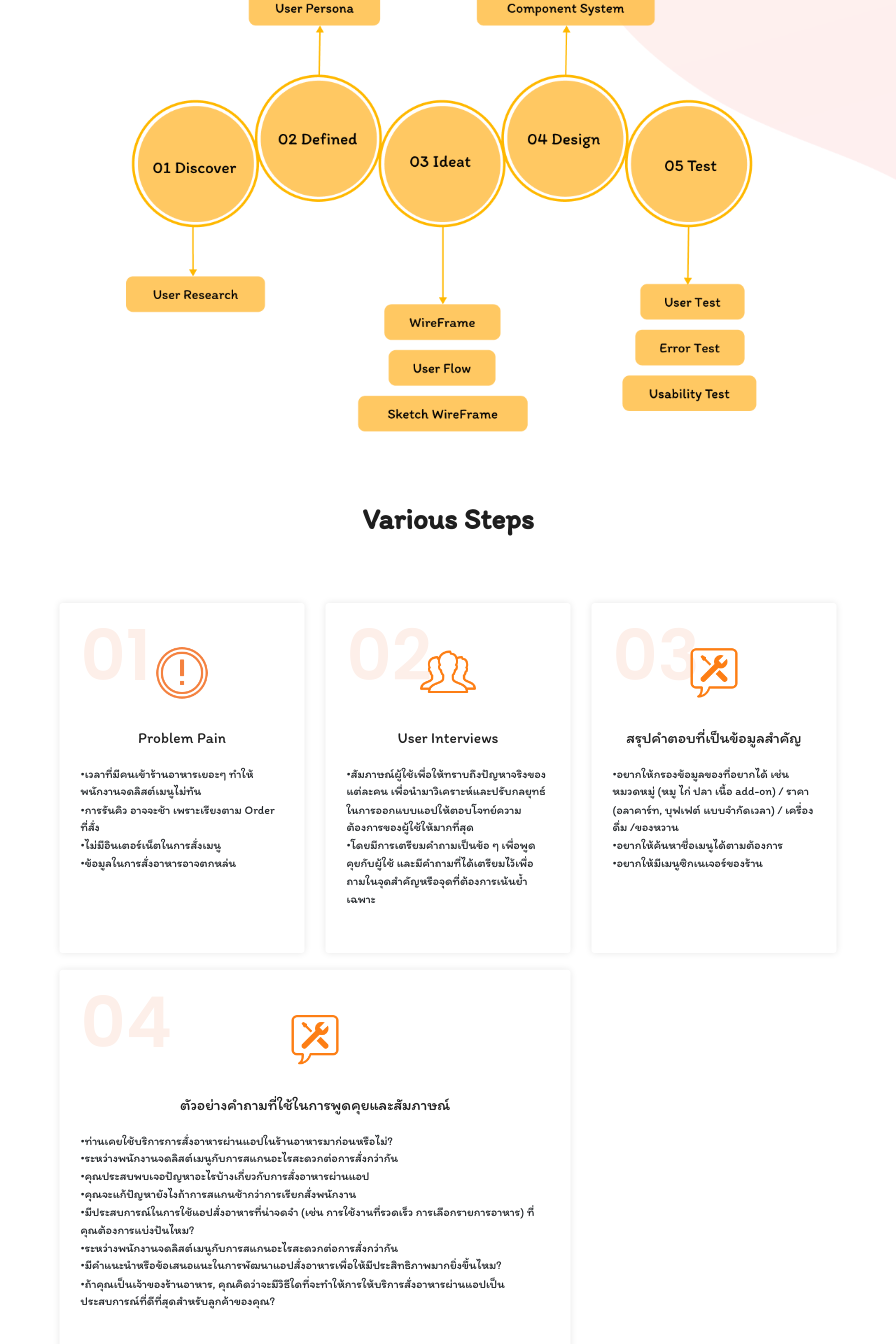
Repository: NicePS2546/Project-OSN
Page: index.html
The author's editor kept a copy of each file at every save. The page is drawn from the files as they stood at one save, then again after the next save.
The browser window is 1280 px wide. The pictures show the part of the page from y = 3715 to 5635 px (the page is 6759 px tall), at 70% of full size.
Some web fonts or font styles are not loaded; a fallback is used.

Above is the page before, as saved 2024-03-25 16:26:39.

### index.html
<!DOCTYPE html>
<html lang="en">
  <head>
    <meta charset="UTF-8" />
    <meta name="viewport" content="width=device-width, initial-scale=1.0" />
    <title>OSN Original App</title>
    <link
      href="https://cdn.jsdelivr.net/npm/bootstrap@5.3.3/dist/css/bootstrap.min.css"
      rel="stylesheet"
      integrity="sha384-QWTKZyjpPEjISv5WaRU9OFeRpok6YctnYmDr5pNlyT2bRjXh0JMhjY6hW+ALEwIH"
      crossorigin="anonymous"
    />
    <link
      rel="stylesheet"
      href="https://cdnjs.cloudflare.com/ajax/libs/font-awesome/6.5.1/css/all.min.css"
    />
    <script
      src="https://cdn.jsdelivr.net/npm/bootstrap@5.3.3/dist/js/bootstrap.bundle.min.js"
      integrity="sha384-YvpcrYf0tY3lHB60NNkmXc5s9fDVZLESaAA55NDzOxhy9GkcIdslK1eN7N6jIeHz"
      crossorigin="anonymous"
    ></script>

    <link
      rel="stylesheet"
      type="text/css"
      href="assets/css/bootstrap.min.css"
    />

    <link rel="stylesheet" type="text/css" href="assets/css/font-awesome.css" />
    <link rel="stylesheet" href="assets/css/custom.css" />


  </head>
  <body>
    <!-- Loading Page -->
    <div id="loading">
      <div class="jumper">
        <div></div>
        <div></div>
        <div></div>
      </div>
    </div>

    <!-- Loading Page -->

    <header class="header-area header-sticky">
      <div class="container">
        <div class="row">
          <div class="col-12">
            <nav class="main-nav">
              <a class="logo" href="#"> OSN Original </a>
              <ul class="nav">
                <li class="scroll-to-section">
                  <a href="#welcome" class="menu-item">Home</a>
                </li>
                <li class="scroll-to-section">
                  <a href="#about" class="menu-item">Detail Work</a>
                </li>
                <li class="scroll-to-section">
                  <a class="menu-item" href="#various-steps">Various Steps</a>
                </li>
                <li class="scroll-to-section">
                  <a class="menu-item" href="#design-process">Design Process</a>
                </li>
                <li class="scroll-to-section">
                  <a class="menu-item" href="#team">Our Team</a>
                </li>
              </ul>
              <a class="menu-trigger">
                <span>Menu</span>
              </a>
            </nav>
          </div>
        </div>
      </div>
    </header>

    <div id="welcome" class="hero-area">
      <div class="header-text">
        <div class="container">
          <div class="row">
            <div
              class="left-text col-lg-6 col-md-12 col-sm-12 col-xs-12"
              data-scroll-reveal="enter left move 30px over 0.6s after 0.4s"
            >
              <h1>
                Simple Buffet app <br />
                <em>osi original</em>
              </h1>
              <p>
                แอปพลิเคชั่นสำหรับสั่งอาหาร ไม่ว่าจะเป็นบุฟเฟ่ต์หมูกระทะ
                หรือจะเป็น อะลาคาร์ท สั่งได้ในหน้าจอของคุณเลยตอนนี้
                ประสบการณ์ของคุณคือหน้าที่ของเรา
                เราจะทำให้มั่นใจว่าทุกช่วงเวลาของคุณที่นี่จะต้องดีที่สุด
                แอปพลิเคชั่นสร้างโดย OSI Team
              </p>
              <a href="#team" class="main-button-slider">OSI TEAM</a>
            </div>
          </div>
        </div>
      </div>
    </div>

    <!-- detail work -->
    <section class="section" id="about">
      <div class="container">
        <div class="row">
          <div
            class="col-lg-4 col-md-6 col-sm-12 col-xs-12"
            data-scroll-reveal="enter left move 30px over 0.6s after 0.4s"
          >
            <div class="detail-box box-1">
              <div class="box-icon">
                <h2>01</h2>
                <img src="assets/image/icons8-time-80.png" alt="" />
                <h4>ระยะเวลาทำงาน</h4>
                <p>16 กุมภาพันธ์ 2567 – 31 มีนาคม 2567</p>
                <a href="#" class="main-button"> Read More </a>
              </div>
            </div>
          </div>
          <div
            class="col-lg-4 col-md-6 col-sm-12 col-xs-12"
            data-scroll-reveal="enter bottom move 30px over 0.6s after 0.4s"
          >
            <div class="detail-box box-2">
              <div class="features-icon">
                <h2>02</h2>
                <img
                  src="assets/image/icons8-team-100.png"
                  width="80px"
                  height="80px"
                />
                <h4>ประเภทงาน</h4>
                <p>งานกลุ่ม 3 คน</p>
                <a href="#team" class="main-button"> Discover More </a>
              </div>
            </div>
          </div>
          <div
            class="col-lg-4 col-md-6 col-sm-12 col-xs-12"
            data-scroll-reveal="enter right move 30px over 0.6s after 0.4s"
          >
            <div class="detail-box box-3">
              <div class="features-icon">
                <h2>03</h2>
                <img
                  src="assets/image/icons8-utilities-100.png"
                  width="80px"
                  height="80px"
                  alt=""
                />
                <h4>เครื่องมือที่ใช้</h4>
                <p>Figma HTML CSS JS</p>
                <a href="#testimonials" class="main-button"> More Detail </a>
              </div>
            </div>
          </div>
        </div>
      </div>
    </section>
    <!--End Detail work-->
    <div class="left-image-decor"></div>
    <!--TEAM-->
    <section class="section" id="team">
      <div class="container">
        <div class="row">
          <div
            class="left-image col-lg-5 col-md-12 col-sm-12 mobile-bottom-fix-big"
            data-scroll-reveal="enter left move 30px over 0.6s after 0.4s"
          >
            <img
              src="assets/image/left-image.png"
              class="rounded img-fluid d-block mx-auto"
              alt="App"
            />
          </div>
          <div
            class="right-text offset-lg-1 col-lg-6 col-md-12 col-sm-12 mobile-bottom-fix"
          >
            <ul class="team-list">
              <li
                class="box-team"
                data-scroll-reveal="enter right move 30px over 0.6s after 0.4s"
              >
                <img src="assets/image/Evil_nice.jpg" class="profile-img" width="110px" height="110px" alt="" />
                <div class="text">
                  <h4>Pasit Bungoed</h4>
                  <p>Figma Designer,Prototype Editor, Website creator</p>
                  <div class="list-social">
                    <a><i class="fa fa-facebook" aria-hidden="true"></i></a>
                    <a><i class="fa fa-twitter" aria-hidden="true"></i></a>
                    <a><i class="fa fa-linkedin" aria-hidden="true"></i></a>
                    <a><i class="fa fa-instagram" aria-hidden="true"></i></a>
                    <a><i class="fa fa-youtube-play" aria-hidden="true"></i></a>
                  </div>
                </div>
              </li>

              <li
                class="box-team"
                data-scroll-reveal="enter right move 30px over 0.6s after 0.5s"
              >
                <img src="assets/image/sim.jpg " class="profile-img" width="110px" height="110px" alt="" />
                <div class="text">
                  <h4>Nattawat Subsomboon</h4>
                  <p>Figma Design Co-Pilot,Prototype Editor</p>
                  <div class="list-social">
                    <a><i class="fa fa-facebook" aria-hidden="true"></i></a>
                    <a><i class="fa fa-twitter" aria-hidden="true"></i></a>
                    <a><i class="fa fa-linkedin" aria-hidden="true"></i></a>
                    <a><i class="fa fa-instagram" aria-hidden="true"></i></a>
                    <a><i class="fa fa-youtube-play" aria-hidden="true"></i></a>
                  </div>
                </div>
              </li>

              <li
                class="box-team"
                data-scroll-reveal="enter right move 30px over 0.6s after 0.6s"
              >
                <img src="assets/image/oat.jpg" class="profile-img" width="110px" height="110px" alt="" />
                <div class="text">
                  <h4>Pongphat Sangsawang</h4>
                  <p>Figma Design Co-Pilot</p>
                  <div class="list-social">
                    <a><i class="fa fa-facebook" aria-hidden="true"></i></a>
                    <a><i class="fa fa-twitter" aria-hidden="true"></i></a>
                    <a><i class="fa fa-linkedin" aria-hidden="true"></i></a>
                    <a><i class="fa fa-instagram" aria-hidden="true"></i></a>
                    <a><i class="fa fa-youtube-play" aria-hidden="true"></i></a>
                  </div>
                </div>
              </li>
            </ul>
          </div>

          <h1 class="header-prototype">Prototype App</h1>
          <iframe
            data-scroll-reveal="enter fade 0.6s after 0.4s"
            style="border: 1px solid rgba(0, 0, 0, 0.1)"
            width="500px"
            height="1000px"
            src="https://www.figma.com/embed?embed_host=share&url=https%3A%2F%2Fwww.figma.com%2Fproto%2FtxMAS8ibAktKTE6PIgdeX5%2FProject%3Ftype%3Ddesign%26node-id%3D65-18147%26t%3D9C3Eo7JHRzGhpGCB-1%26scaling%3Dscale-down%26page-id%3D62%253A218%26starting-point-node-id%3D65%253A18147%26show-proto-sidebar%3D1%26mode%3Ddesign"
            allowfullscreen
          ></iframe>
        </div>
      </div>
    </section>
    <!--end TEAM-->
    <div class="right-image-decor"></div>
    <!--Design Process-->
    <section class="section" id="design-process">
      <div class="container">
        <div class="row">
          <div class="col-lg-8 offset-lg-2">
            <div class="center-heading">
              <h2>Design Process</h2>
            </div>
          </div>
          <div
            data-scroll-reveal="enter left move 330px over 0.6s after 0.4s"
            class="col-lg-10 chart-container col-md-12 col-sm-12 mobile-bottom-fix-big"
          >
            <img class="" src="assets/image/Chart.png" />
          </div>
        </div>
      </div>
    </section>

    <!--End Design Process-->
<!--Various Step-->
    <section class="section" id="various-steps">
      <div class="container">
        <div class="row">
          <div class="center-heading"><h2 class="">Various Steps</h2></div>

          <div
            class="col-lg-4 col-md-6 col-sm-12 col-xs-12"
            data-scroll-reveal="enter left move 30px over 0.6s after 0.4s"
          >
            <div class="detail-box box-fixed-1 box-1">
              <div class="box-icon">
                <h2>01</h2>
                <img src="assets/image/icons8-high-importance-100.png" width="80px" height="80px" alt="" />
                <h4>Problem Pain</h4>
                <ul class="list-alignment">
                  <li>
                    •เวลาที่มีคนเข้าร้านอาหารเยอะๆ ทำให้พนักงานจดลิสต์เมนูไม่ทัน
                  </li>
                  <li>•การรันคิว อาจจะช้า เพราะเรียงตาม Order ที่สั่ง</li>
                  <li>•ไม่มีอินเตอร์เน็ตในการสั่งเมนู</li>
                  <li>•ข้อมูลในการสั่งอาหารอาจตกหล่น</li>
                </ul>
              </div>
            </div>
          </div>
          <div
            class="col-lg-4 col-md-6 col-sm-12 col-xs-12"
            data-scroll-reveal="enter bottom move 30px over 0.6s after 0.4s"
          >
            <div class="detail-box box-fixed-2 box-2">
              <div class="features-icon">
                <h2>02</h2>
                <img
                  src="assets/image/icons8-team-100.png"
                  width="80px"
                  height="80px"
                />
                <h4>User Interviews</h4>
                <ul class="list-alignment">
                  <li>
                    •สัมภาษณ์ผู้ใช้เพื่อให้ทราบถึงปัญหาจริงของแต่ละคน
                    เพื่อนำมาวิเคราะห์และปรับกลยุทธ์ในการออกแบบแอปให้ตอบโจทย์ความต้องการของผู้ใช้ให้มากที่สุด
                  </li>
                  <li>
                    •โดยมีการเตรียมคำถามเป็นข้อ ๆ เพื่อพูดคุยกับผู้ใช้
                    และมีคำถามที่ได้เตรียมไว้เพื่อถามในจุดสำคัญหรือจุดที่ต้องการเน้นย้ำเฉพาะ
                  </li>
                </ul>
              </div>
            </div>
          </div>
          <div
            class="col-lg-4 m-responsive col-md-6 col-sm-12 col-xs-12"
            data-scroll-reveal="enter right move 30px over 0.6s after 0.4s"
          >
            <div class="detail-box box-fixed-3 box-3">
              <div class="features-icon">
                <h2>03</h2>
                <img
                  src="assets/image/icons8-utilities-100.png"
                  width="80px"
                  height="80px"
                  alt=""
                />
                <h4>สรุปคำตอบที่เป็นข้อมูลสำคัญ</h4>
                <ul class="list-alignment">
                  <li>
                    •อยากให้กรองข้อมูลของที่อยากได้ เช่น หมวดหมู่ (หมู ไก่ ปลา
                    เนื้อ add-on) / ราคา (อลาคาร์ท, บุฟเฟต์ แบบจำกัดเวลา) /
                    เครื่องดื่ม /ของหวาน
                  </li>
                  <li>•อยากให้ค้นหาชื่อเมนูได้ตามต้องการ</li>
                  <li>•อยากให้มีเมนูซิกเนเจอร์ของร้าน</li>
                </ul>
              </div>
            </div>
          </div>
          <div
            class="col-lg-4 mt-4 col-md-6 col-sm-12 col-xs-12"
            data-scroll-reveal="enter right move 30px over 0.6s after 0.4s"
          >
            <div class="detail-box box-fixed-4 box-4">
              <div class="features-icon">
                <h2>04</h2>
                <img
                  src="assets/image/icons8-utilities-100.png"
                  width="80px"
                  height="80px"
                  alt=""
                />
                <h4>ตัวอย่างคำถามที่ใช้ในการพูดคุยและสัมภาษณ์</h4>
                <ul class="list-alignment">
                  <li>
                    •ท่านเคยใช้บริการการสั่งอาหารผ่านแอปในร้านอาหารมาก่อนหรือไม่?
                  </li>
                  <li>
                    •ระหว่างพนักงานจดลิสต์เมนูกับการสแกนอะไรสะดวกต่อการสั่งกว่ากัน
                  </li>
                  <li>
                    •คุณประสบพบเจอปัญหาอะไรบ้างเกี่ยวกับการสั่งอาหารผ่านแอป
                  </li>
                  <li>
                    •คุณจะแก้ปัญหายังไงถ้าการสแกนช้ากว่าการเรียกสั่งพนักงาน
                  </li>
                  <li>
                    •มีประสบการณ์ในการใช้แอปสั่งอาหารที่น่าจดจำ (เช่น
                    การใช้งานที่รวดเร็ว การเลือกรายการอาหาร)
                    ที่คุณต้องการแบ่งปันไหม?
                  </li>
                  <li>
                    •ระหว่างพนักงานจดลิสต์เมนูกับการสแกนอะไรสะดวกต่อการสั่งกว่ากัน
                  </li>
                  <li>
                    •มีคำแนะนำหรือข้อเสนอแนะในการพัฒนาแอปสั่งอาหารเพื่อให้มีประสิทธิภาพมากยิ่งขึ้นไหม?
                  </li>
                  <li>
                    •ถ้าคุณเป็นเจ้าของร้านอาหาร,
                    คุณคิดว่าจะมีวิธีใดที่จะทำให้การให้บริการสั่งอาหารผ่านแอปเป็นประสบการณ์ที่ดีที่สุดสำหรับลูกค้าของคุณ?
                  </li>
                </ul>
              </div>
            </div>
          </div>
        </div>
      </div>
    </section>
<!--End Various Step-->
    <!-- ***** Footer Start ***** -->
    <footer id="contact-us">
      <div class="container">
        <div class="footer-content">
          <div class="row">
            <!-- ***** Contact Form Start ***** -->
            <div class="col-lg-6 col-md-12 col-sm-12">
              <div class="contact-form" data-scroll-reveal="enter fade over 0.6s after 0.4s">
                <form id="contact" action="" method="post">
                  <div class="row">
                    <div class="col-md-6 col-sm-12">
                      <fieldset data-scroll-reveal="enter left move 30px over 0.6s after 0.4s">
                        <input
                          name="name"
                          type="text"
                          id="name"
                          placeholder="Full Name"
                          required=""
                          style="background-color: rgba(250, 250, 250, 0.3)"
                        />
                      </fieldset>
                    </div>
                    <div class="col-md-6 col-sm-12">
                      <fieldset data-scroll-reveal="enter right move 30px over 0.6s after 0.4s">
                        <input
                          name="email"
                          type="text"
                          id="email"
                          placeholder="E-Mail Address"
                          required=""
                          style="background-color: rgba(250, 250, 250, 0.3)"
                        />
                      </fieldset>
                    </div>
                    <div class="col-lg-12">
                      <fieldset data-scroll-reveal="enter bottom move 30px over 0.6s after 0.4s">
                        <textarea
                          name="message"
                          rows="6"
                          id="message"
                          placeholder="Your Message"
                          required=""
                          style="background-color: rgba(250, 250, 250, 0.3)"
                        ></textarea>
                      </fieldset>
                    </div>
                    <div class="col-lg-12">
                      <fieldset data-scroll-reveal="enter bottom move 30px over 0.6s after 0.4s">
                        <button
                          type="submit"
                          id="form-submit"
                          class="main-button"
                        >
                          Send Message Now
                        </button>
                      </fieldset>
                    </div>
                  </div>
                </form>
              </div>
            </div>
            <!-- ***** Contact Form End ***** -->
            <div class="right-content col-lg-6 col-md-12 col-sm-12" data-scroll-reveal="enter right move 30px over 0.2s after 0.4s">
              <h2>More About <em>OSN Original</em></h2>
              <p>
                Phasellus dapibus urna vel lacus accumsan, iaculis eleifend leo
                auctor. Duis at finibus odio. Vivamus ut pharetra arcu, in porta
                metus. Suspendisse blandit pulvinar ligula ut elementum.
                <br /><br />Lorem ipsum dolor sit amet consectetur adipisicing elit. Ab similique molestias est, non quia qui reiciendis voluptate ullam nulla quo mollitia labore maiores laudantium repellendus tenetur delectus dolorum placeat praesentium!
                <a
                  rel="nofollow"
                  href="https://templatemo.com/contact"
                  target="_parent"
                  >contact</a
                >
                page for more detail.
              </p>
              <ul class="social">
                <li>
                  <a href="https://fb.com/templatemo" data-scroll-reveal="enter bottom move 40px over 0.3s after 0.4s"
                    ><i class="fa fa-facebook"></i
                  ></a>
                </li>
                <li>
                  <a href="#" data-scroll-reveal="enter top move 40px over 0.4s after 0.4s"><i class="fa fa-twitter"></i></a>
                </li>
                <li>
                  <a href="# " data-scroll-reveal="enter bottom move 40px over 0.5s after 0.4s"><i class="fa fa-linkedin"></i></a>
                </li>
                <li>
                  <a href="#" data-scroll-reveal="enter top move 40px over 0.6s after 0.4s"><i class="fa fa-rss"></i></a>
                </li>
                <li>
                  <a href="#" data-scroll-reveal="enter bottom move 40px over 0.7s after 0.4s"><i class="fa fa-dribbble"></i></a>
                </li>
              </ul>
            </div>
          </div>
        </div>
        <div class="row">
          <div class="col-lg-12">
            <div class="sub-footer">
              <p>
                Copyright &copy; 2024 OSN ORIGINAL APP | Designed by Pasit
              </p>
            </div>
          </div>
        </div>
      </div>
    </footer>
    <!-- ***** end detail work ***** -->
  </body>
  <!-- jQuery -->
  <script src="assets/js/jquery-2.1.0.min.js"></script>

  <!-- Bootstrap -->
  <script src="assets/js/popper.js"></script>
  <script src="assets/js/bootstrap.min.js"></script>

  <!-- Plugins -->
  <script src="assets/js/owl-carousel.js"></script>
  <script src="assets/js/scrollreveal.min.js"></script>
  <script src="assets/js/waypoints.min.js"></script>
  <script src="assets/js/jquery.counterup.min.js"></script>
  <script src="assets/js/imgfix.min.js"></script>
  <!-- Global Init -->
  <script src="assets/js/custom.js"></script>
</html>

Loaded but not shown: assets/css/bootstrap.min.css (library); assets/css/font-awesome.css (library); assets/js/jquery-2.1.0.min.js (library); assets/js/popper.js (library); assets/js/bootstrap.min.js (library); assets/js/scrollreveal.min.js (library); assets/js/waypoints.min.js (library); assets/js/jquery.counterup.min.js (common file); assets/js/imgfix.min.js (library); assets/js/owl-carousel.js (3448 lines, source omitted); assets/js/custom.js (270 lines, source omitted); assets/css/custom.css (1161 lines, source omitted)

After the next save:
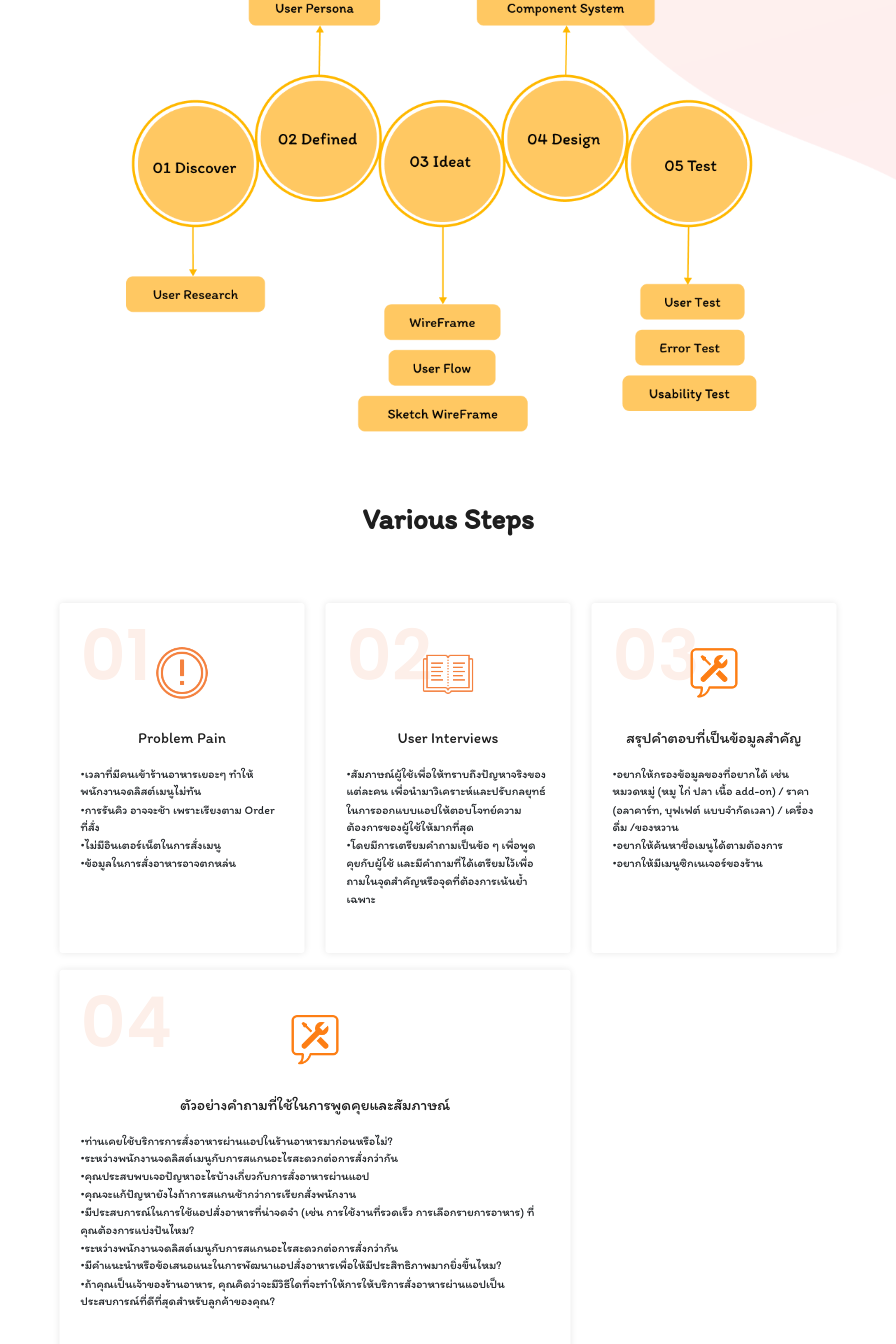
Saved 3 min 25 s later.
--- a/index.html
+++ b/index.html
@@ -303,7 +303,7 @@
               <div class="features-icon">
                 <h2>02</h2>
                 <img
-                  src="assets/image/icons8-team-100.png"
+                  src="assets/image/icons8-book-80.png"
                   width="80px"
                   height="80px"
                 />
